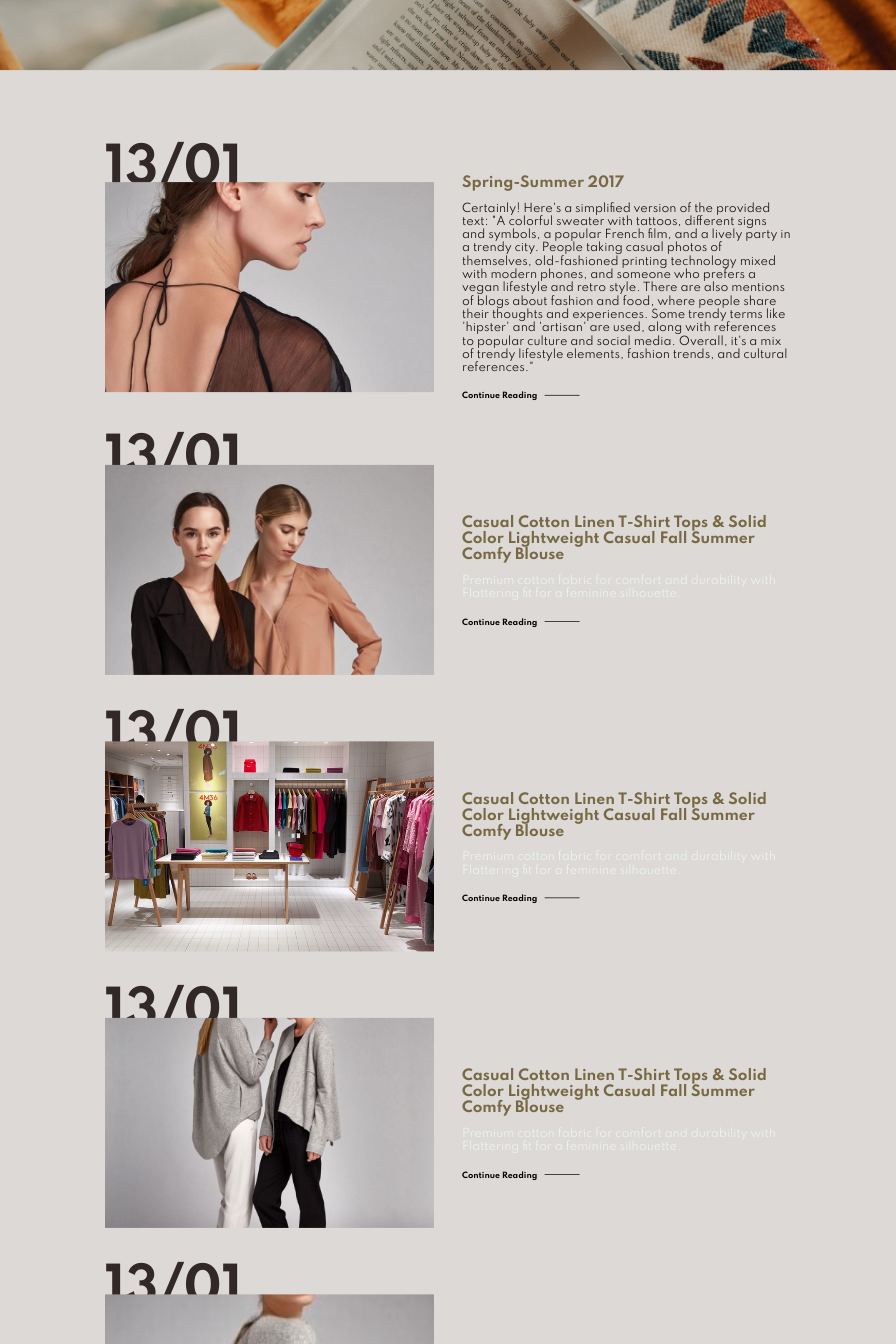
Repository: JhananiNallasamy/ECommerce-website-deployment
Page: blog.html
An editor plug-in stored every save of this project. The page is shown before and after the next save, followed by the edit.
The browser window is 1280 px wide. The pictures show the part of the page from y = 333 to 2253 px (the page is 3617 px tall before and 3598 px after), at 70% of full size.
Some web libraries are served in a nearby version.

Above is the page before, as saved 2024-05-05 10:45:01.

After the next save:
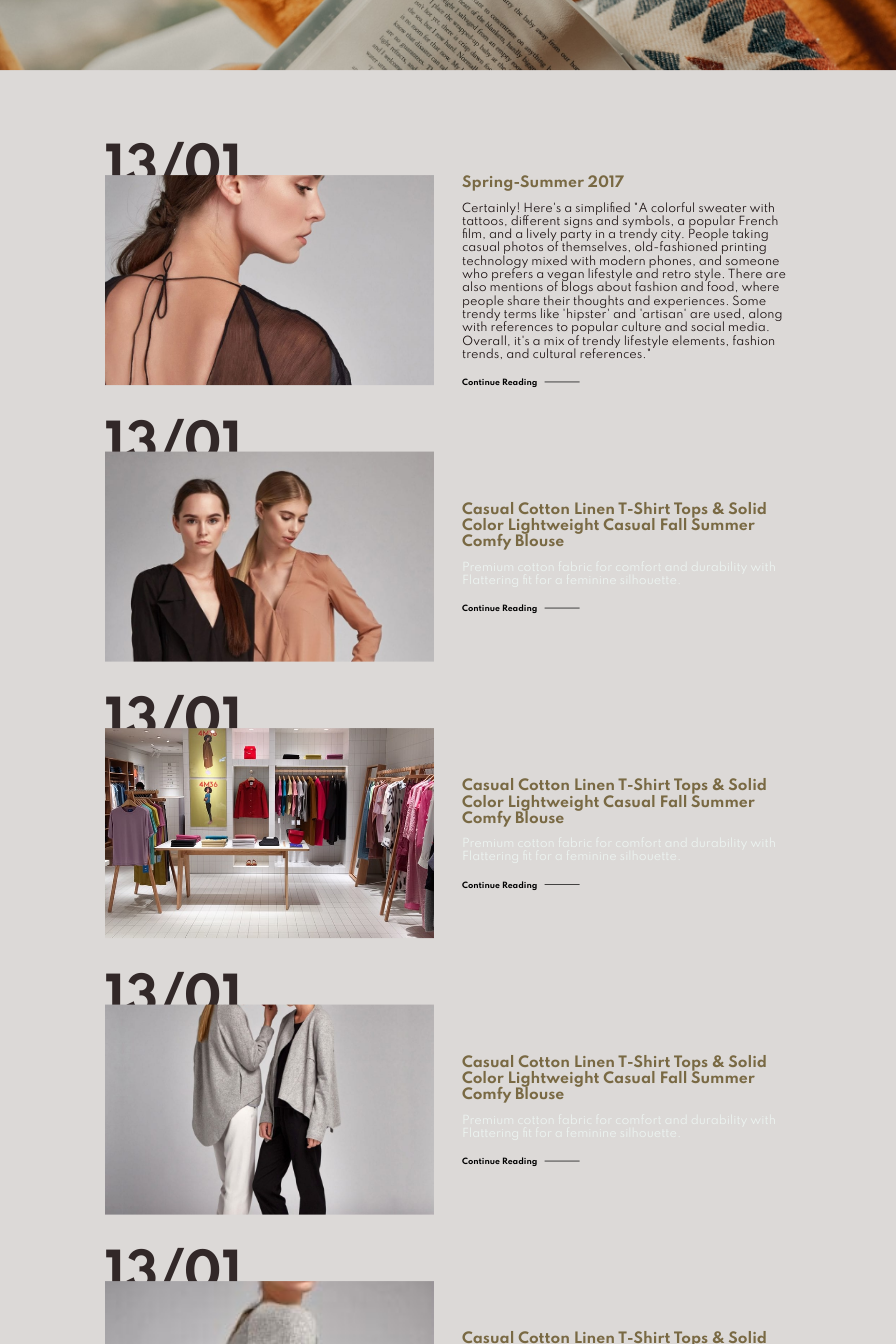
Saved 50 s later.
--- a/blog.html
+++ b/blog.html
@@ -44,7 +44,7 @@
             </div>
             <div class="blog-details">
             <h4 style="color: #503a06b4;"> Spring-Summer 2017 </h4>
-            <p style="color: #0e0303f1">Certainly! Here's a simplified version of the provided text:
+            <p style="color: #0e0303f1">Certainly! Here's a simplified
 
                 "A colorful sweater with tattoos, different signs and symbols, a popular French film, and a lively party in a trendy city. People taking casual photos of themselves, old-fashioned printing technology mixed with modern phones, and someone who prefers a vegan lifestyle and retro style.
 
